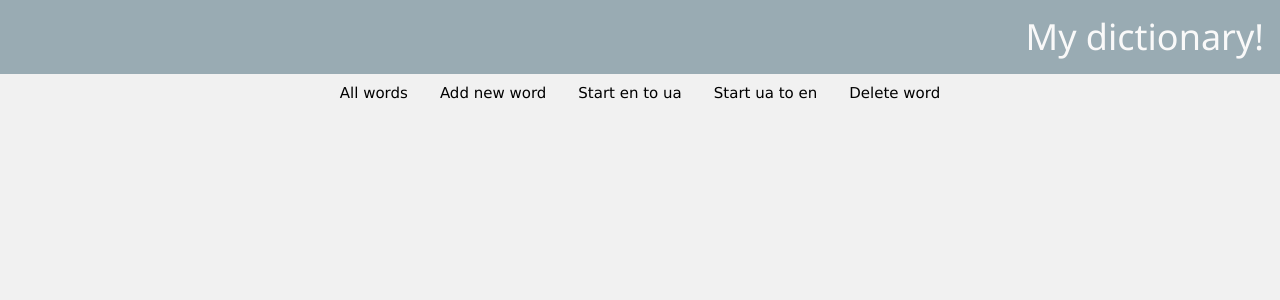
Repository: OleksandrDoskaliukKN313/IIC
Page: WebDictionary/WebContent/index.html
The author's editor kept a copy of each file at every save. The page is drawn from the files as they stood at one save, then again after the next save.
The browser window is 1280 px wide. The pictures show the whole page.

Above is the page before, as saved 2020-10-12 09:56:20.

### WebDictionary/WebContent/index.html
<!DOCTYPE html>
<html>
<head>
<meta charset="UTF-8">
<title>Insert title here</title>
<link rel="stylesheet" href="w3.css">
</head>
<body class="w3-light-grey">
<div class="w3-container w3-blue-grey w3-opacity w3-right-align">
        <h1>My dictionary!</h1>
    </div>
    <div class="w3-container w3-center">       <!-- content -->
        <div class="w3-table w3-bar-block">    <!-- buttons holder -->
            <button class="w3-btn w3-hover-green w3-round-large" onclick="location.href='allWords'">All words</button>
            <button class="w3-btn w3-hover-green w3-round-large" onclick="location.href='addWord'">Add new word</button>
            <button class="w3-btn w3-hover-green w3-round-large" onclick="location.href='en_ua'">Start en to ua</button>
            <button class="w3-btn w3-hover-green w3-round-large" onclick="location.href='ua_en'">Start ua to en</button>
            <button class="w3-btn w3-hover-green w3-round-large" onclick="location.href='deleteWord'">Delete word</button>
        </div>
    </div>
</body>
</html>

Loaded but not shown: WebDictionary/WebContent/w3.css (library)

After the next save:
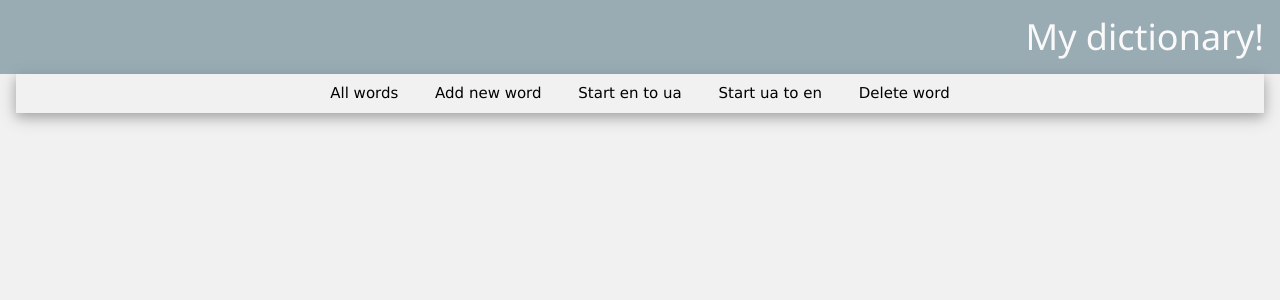
Saved 76 s later.
--- a/WebDictionary/WebContent/index.html
+++ b/WebDictionary/WebContent/index.html
@@ -10,7 +10,7 @@
         <h1>My dictionary!</h1>
     </div>
     <div class="w3-container w3-center">       <!-- content -->
-        <div class="w3-table w3-bar-block">    <!-- buttons holder -->
+        <div class="w3-card-4 ">    <!-- buttons holder -->
             <button class="w3-btn w3-hover-green w3-round-large" onclick="location.href='allWords'">All words</button>
             <button class="w3-btn w3-hover-green w3-round-large" onclick="location.href='addWord'">Add new word</button>
             <button class="w3-btn w3-hover-green w3-round-large" onclick="location.href='en_ua'">Start en to ua</button>
